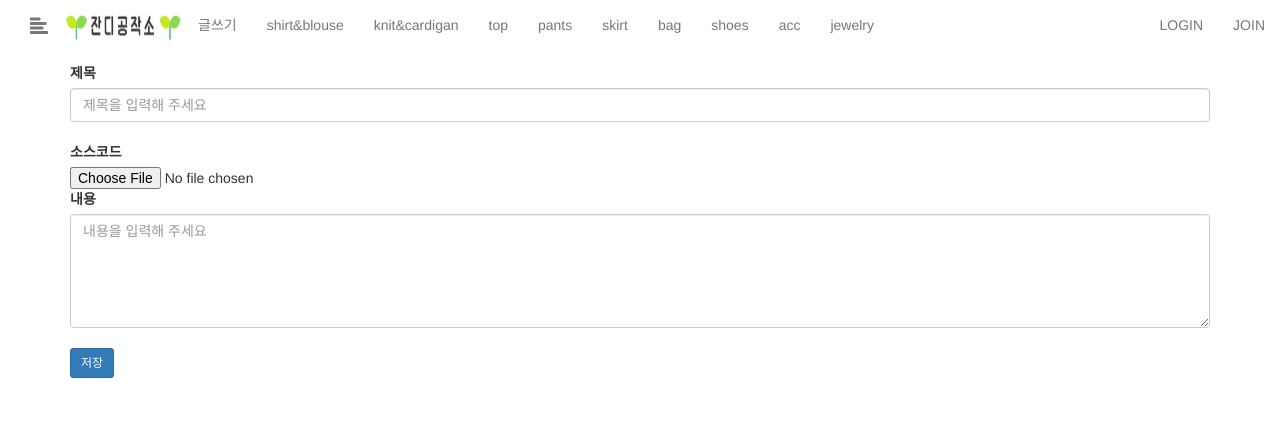
Repository: guddus326/Grass_Farm
Page: http://localhost/Grass_Farm/Write.jsp
The author's editor kept a copy of each file at every save. The page is drawn from the files as they stood at one save, then again after the next save.
The browser window is 1280 px wide. The pictures show the whole page.
The page is served by Tomcat 9.

Above is the page before, as saved 2020-09-27 05:10:37.

After the next save:
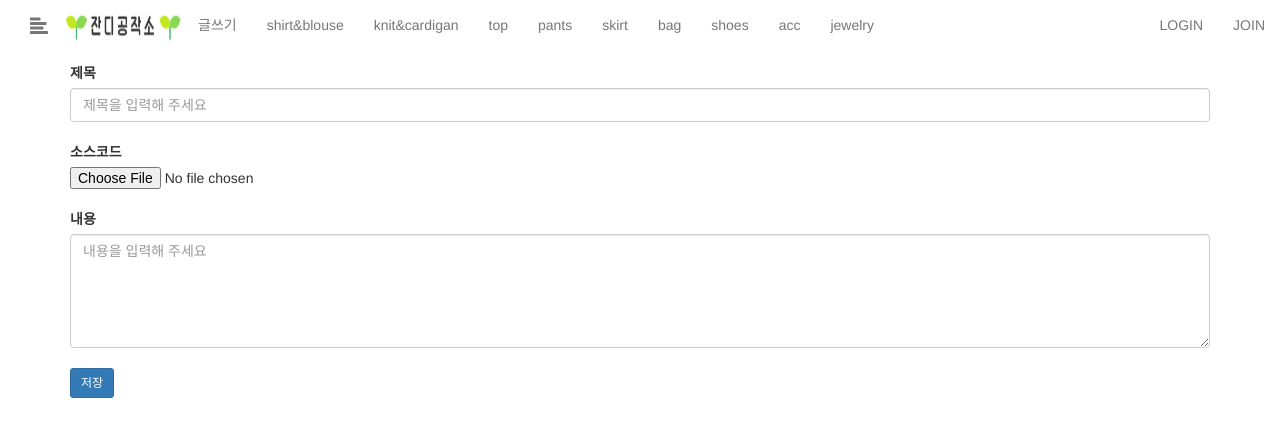
Saved 15 s later.
--- a/Grass_Farm/Grass_Farm/WebContent/Write.jsp
+++ b/Grass_Farm/Grass_Farm/WebContent/Write.jsp
@@ -87,7 +87,7 @@
 
 				<div class="mb-3">
 					<label for="content">소스코드</label>
-					<input type="file" id="file" name="file">
+					<input type="file" id="file" name="file"><br>
 				</div>
 
 				<div class="mb-3">
